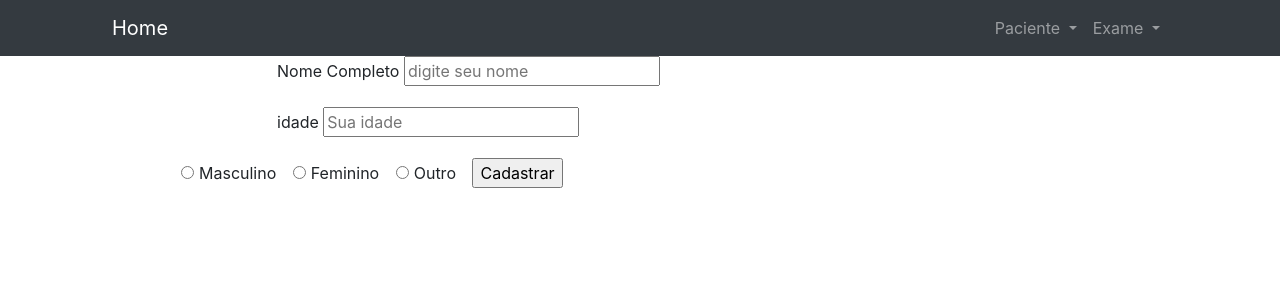
Repository: noobDevPRB/struts2_project
Page: http://localhost/Projeto_SOCTest/
These files come from the project's save history. The page is drawn as it stood at one moment and after the next save; the edit follows.
The browser window is 1280 px wide. The pictures show the whole page.
The page is served by Tomcat 9. Nobody is signed in. The application's start-up code is not run. Other server files are loaded and not shown.

Above is the page before, as saved 2020-10-17 18:40:34.

### Projeto_SOCTest/WebContent/index.jsp
<%@ page language="java" contentType="text/html; charset=ISO-8859-1" pageEncoding="ISO-8859-1"%>

<!DOCTYPE html>
<html lang="en">
<head>
  <!-- Required meta tags -->
  <meta charset="utf-8">
  <meta name="viewport" content="width=device-width, initial-scale=1, shrink-to-fit=no">
  <!-- Bootstrap CSS -->
  <link rel="stylesheet" href="https://cdn.jsdelivr.net/npm/bootstrap@4.5.3/dist/css/bootstrap.min.css">
  <title>Soc Teste</title>
</head>

<body>
	<nav class="navbar navbar-expand-lg navbar-dark bg-dark">
		<a class="navbar-brand pl-5 ml-5" href="http://localhost:8080/Projeto_SOCTest/">Home</a>

		<div class="collapse navbar-collapse" id="navbarSupportedContent">
			<ul class="navbar-nav ml-auto pr-5 mr-5">
				<li class="nav-item dropdown">
					<a class="nav-link dropdown-toggle" href="#" id="navbarDropdown" role="button" data-toggle="dropdown" aria-haspopup="true" aria-expanded="false">
					Paciente
					</a>
					<div class="dropdown-menu" aria-labelledby="navbarDropdown">
						<a class="dropdown-item" href="http://localhost:8080/Projeto_SOCTest/navegarCadastroPaciente">Cadastro</a>
						<a class="dropdown-item" href="http://localhost:8080/Projeto_SOCTest/listarPaciente">Listagem</a>
					</div>
				</li>
				<li class="nav-item dropdown">
					<a class="nav-link dropdown-toggle" href="#" id="navbarDropdown" role="button" data-toggle="dropdown" aria-haspopup="true" aria-expanded="false">
					Exame
					</a>
					<div class="dropdown-menu" aria-labelledby="navbarDropdown">
						<a class="dropdown-item" href="http://localhost:8080/Projeto_SOCTest/cadastrarExames">Cadastro</a>
						<a class="dropdown-item" href="http://localhost:8080/Projeto_SOCTest/listarExames">Listagem</a>
					</div>
				</li>
			</ul>
		</div>
	</nav>


	<div class="container">
		<div class="row">
			<div class="col-sm">
				<form class="px-5 mx-5" action="cadastrarPaciente"method="post">
					<div class="form-group px-5 mx-5">
						<label>Nome Completo</label>
						<input type="text" required="required" pattern="[a-z\s]+$" maxlength="40" placeholder="digite seu nome" name="paciente.nm_cmplt">
					</div>
					<div class="form-group px-5 mx-5">
						<label for="formGroupExampleInput2">idade</label>
						<input type="number" required="required" placeholder="Sua idade" name="paciente.idade">
					</div>

					<div class="form-check form-check-inline">
						<input class="form-check-input" type="radio" name="paciente.genero" value="masculino">
						<label class="form-check-label" for="inlineRadio1">Masculino</label>
					</div>
					<div class="form-check form-check-inline">
						<input class="form-check-input" type="radio" name="paciente.genero" value="feminino">
						<label class="form-check-label" for="inlineRadio2">Feminino</label>
					</div>
					<div class="form-check form-check-inline">
						<input class="form-check-input" type="radio" name="paciente.genero" value="outro">
						<label class="form-check-label" for="inlineRadio3">Outro</label>
					</div>

					<input type="submit" value="Cadastrar">
				</form>
			</div>
		</div>
	</div>

<script src="https://code.jquery.com/jquery-3.5.1.slim.min.js" integrity="sha384-DfXdz2htPH0lsSSs5nCTpuj/zy4C+OGpamoFVy38MVBnE+IbbVYUew+OrCXaRkfj" crossorigin="anonymous"></script>
<script src="https://cdn.jsdelivr.net/npm/bootstrap@4.5.3/dist/js/bootstrap.bundle.min.js" integrity="sha384-ho+j7jyWK8fNQe+A12Hb8AhRq26LrZ/JpcUGGOn+Y7RsweNrtN/tE3MoK7ZeZDyx" crossorigin="anonymous"></script>

</body>
</html>

After the next save:
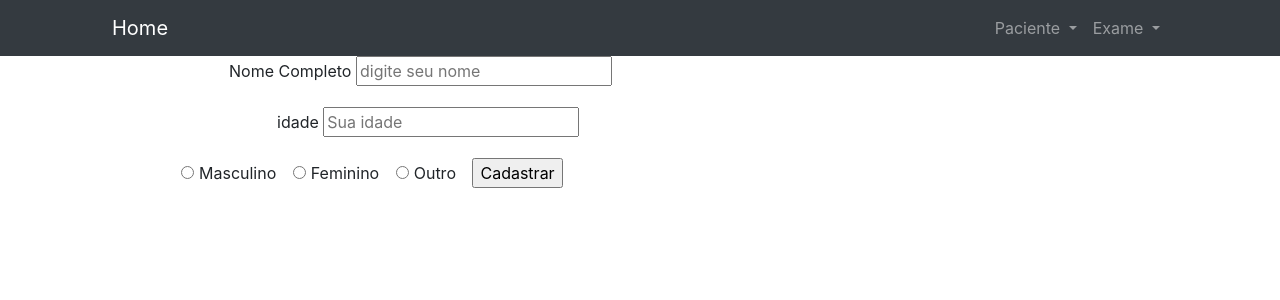
Saved 20 s later.
--- a/Projeto_SOCTest/WebContent/index.jsp
+++ b/Projeto_SOCTest/WebContent/index.jsp
@@ -44,7 +44,7 @@
 		<div class="row">
 			<div class="col-sm">
 				<form class="px-5 mx-5" action="cadastrarPaciente"method="post">
-					<div class="form-group px-5 mx-5">
+					<div class="form-group px-5">
 						<label>Nome Completo</label>
 						<input type="text" required="required" pattern="[a-z\s]+$" maxlength="40" placeholder="digite seu nome" name="paciente.nm_cmplt">
 					</div>
